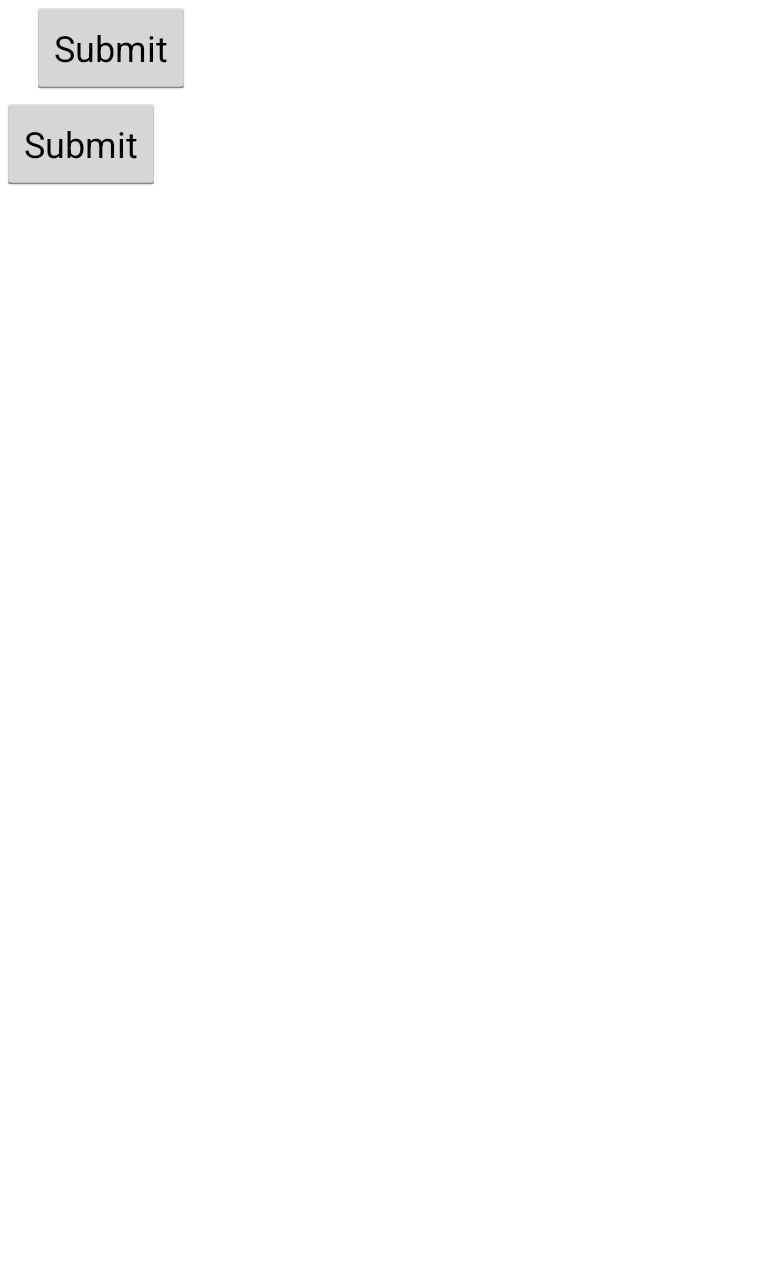
Repository: sbobra/women-startupweekend-sf
Layout: LaundryList/res/layout/activity_explore.xml
The author's editor kept a copy of each file at every save. The layout is drawn from the files as they stood at one save, then again after a run of saves.
It is drawn on a 768 x 1280 px phone screen (xhdpi) without system bars, with theme AppTheme; the app's code is not run. Lists and similar views that code fills are empty.

Above is the layout before, as saved 2013-09-15 03:13:23.

After the next 3 saves:
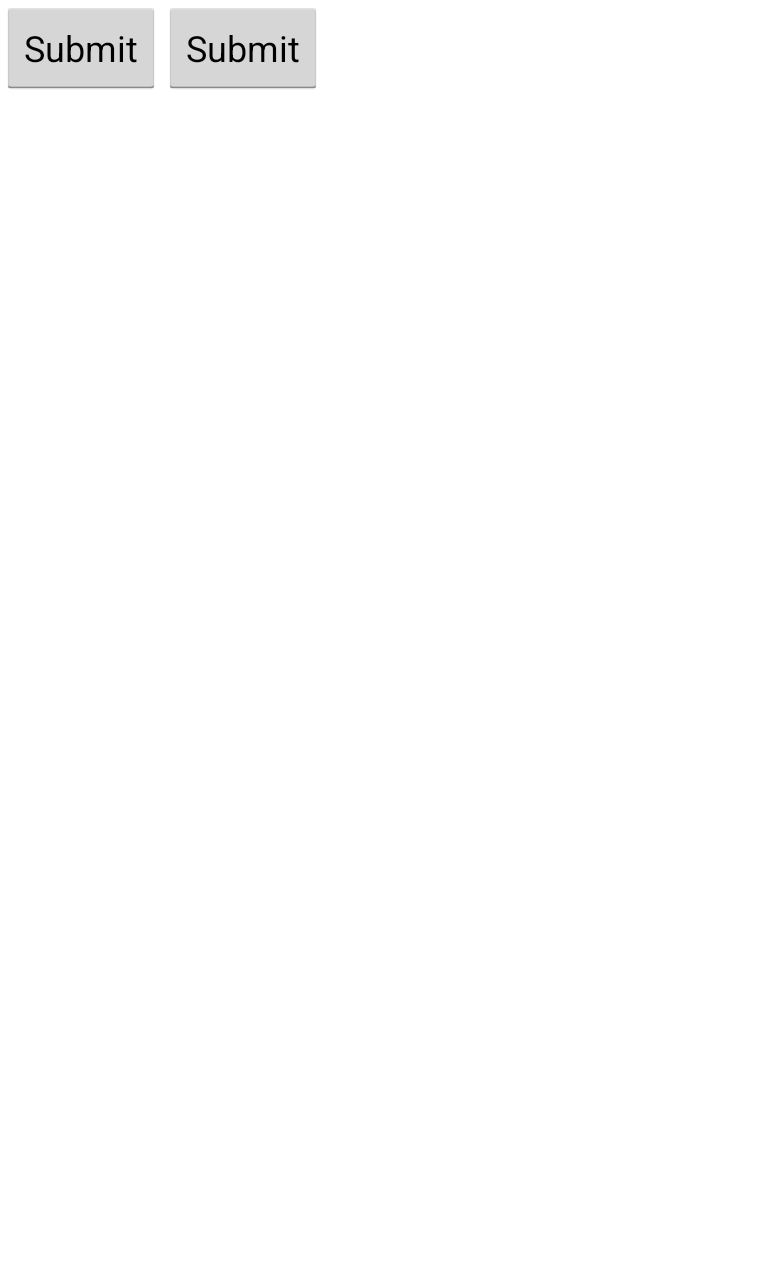
The 3 saves are shown as one change because they came seconds apart.
The last was saved 13 s later.
--- a/LaundryList/res/layout/activity_explore.xml
+++ b/LaundryList/res/layout/activity_explore.xml
@@ -21,16 +21,15 @@
 <LinearLayout
     android:layout_width="match_parent"
     android:layout_height="match_parent"
-    android:orientation="vertical" >
+    android:orientation="horizontal" >
     <Button
         android:id="@+id/loginButton"
         android:layout_width="wrap_content"
         android:layout_height="wrap_content"
-        android:layout_marginLeft="15dp"
         android:text="Submit" />
 
     <Button
-        android:id="@+id/loginButton"
+        android:id="@+id/loginButton2"
         android:layout_width="wrap_content"
         android:layout_height="wrap_content"
         android:layout_gravity="left"
